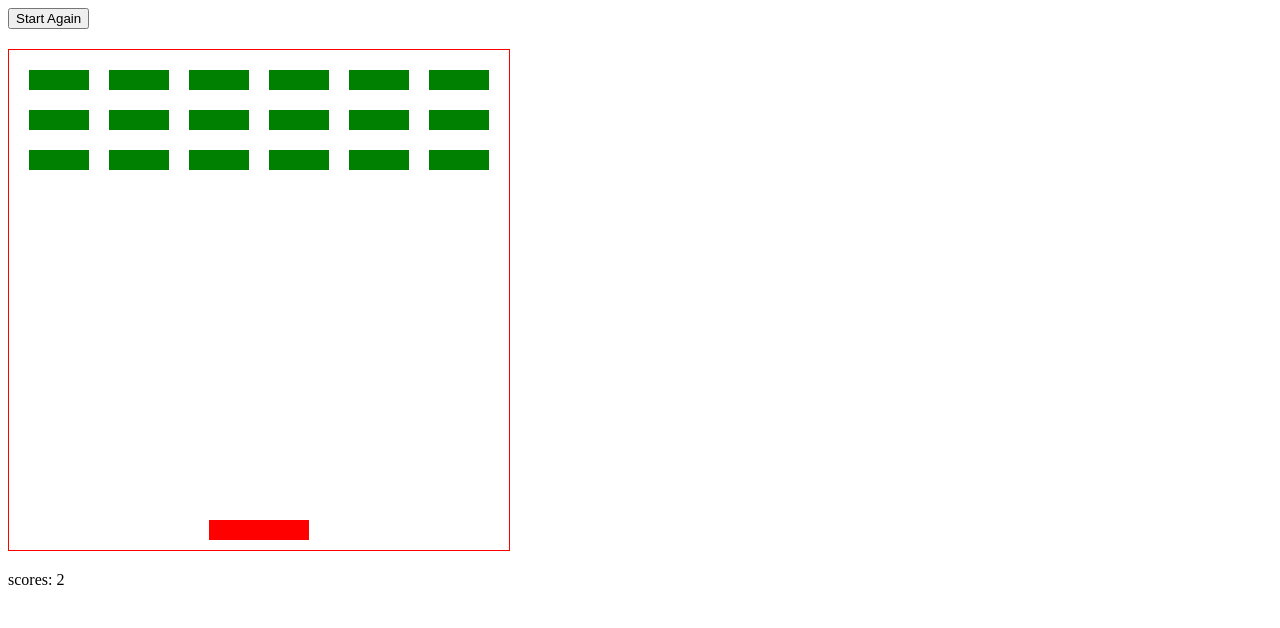
Repository: huynhsang96/CaseJS
Page: Demo_case/index.html
The author's editor kept a copy of each file at every save. The page is drawn from the files as they stood at one save, then again after the next save.
The browser window is 1280 px wide. The pictures show the whole page.

Above is the page before, as saved 2022-02-20 12:11:41.

After the next save:
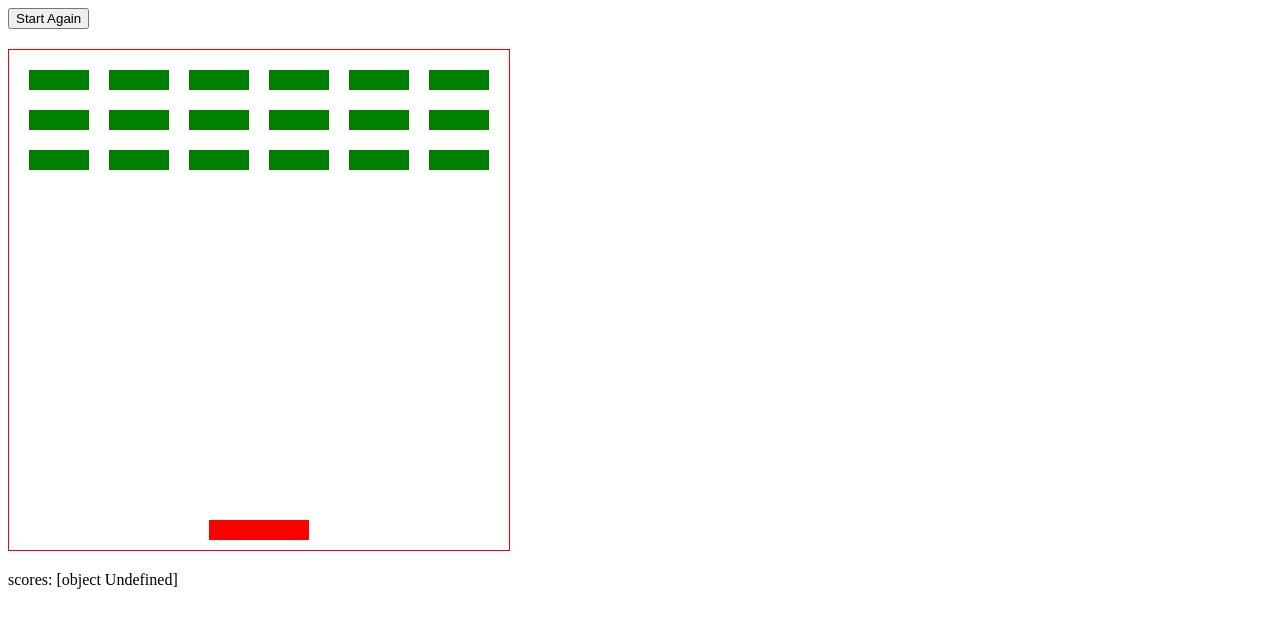
Saved 46 s later.
--- a/Demo_case/main.js
+++ b/Demo_case/main.js
@@ -94,5 +94,5 @@ play()
 
 
 let scoreball = document.querySelector(".scores");
-scoreball.textContent = "2"
+scoreball.textContent = toString(score)
 console.log(scoreball)
